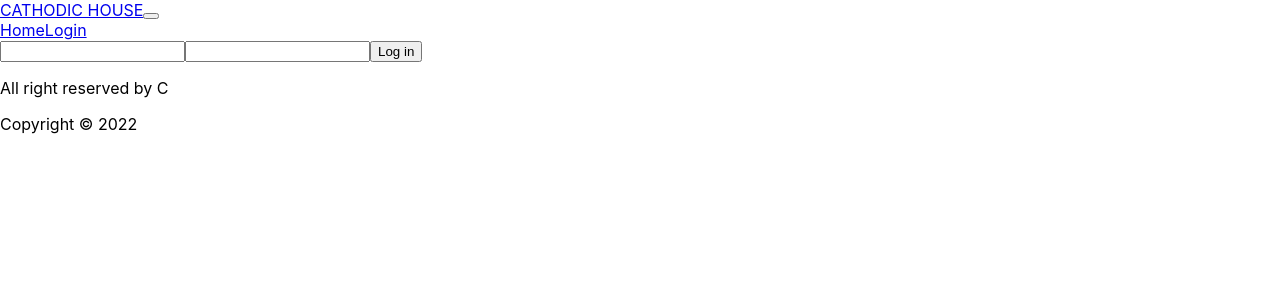
Repository: grnisna/warehouse-management-client-11
Page: /login
An editor plug-in stored every save of this project. The page is shown before and after the next save, followed by the edit.
The browser window is 1280 px wide. The pictures show the whole page.
The project was rebuilt for these pictures with package versions that can differ from the ones it lists, and the page was loaded fresh each time. Also part of the build but not shown: src/components/Home/Carosel/Carosel.css, src/components/Home/Carosel/Carosel.js, src/components/Hooks/UseItems/UseItems.js, src/components/Home/Item/Item.css, src/components/Home/Item/Item.js, src/components/Home/Items/Items.css, src/components/Home/Items/Items.js, src/components/Home/Home.js and 2 more.

Above is the page before, as saved 2022-05-09 12:04:26.

After the next save:
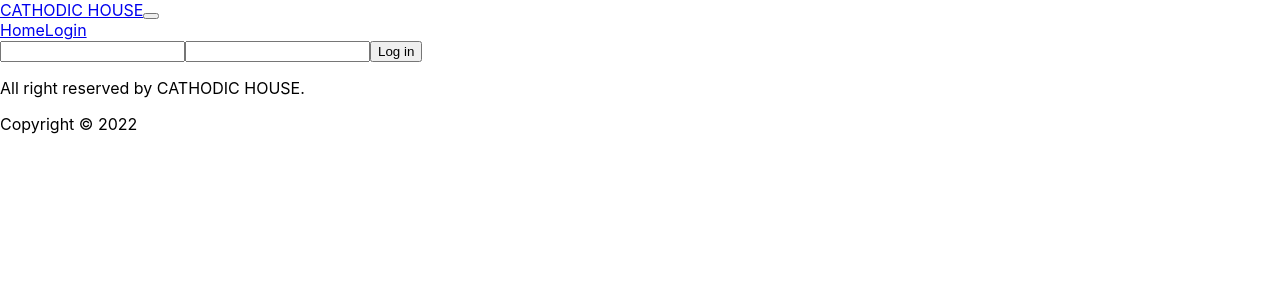
Saved 68 s later.
--- a/src/components/Home/Footer/Footer.js
+++ b/src/components/Home/Footer/Footer.js
@@ -3,8 +3,8 @@ import React from 'react';
 const Footer = () => {
     const date = new Date().getFullYear();
     return (
-        <div>
-            <p>All right reserved by C</p>
+        <div className='bg-secondary p-3 text-center' >
+            <p>All right reserved by CATHODIC HOUSE.</p>
             <p><span>Copyright &copy; {date} </span></p>
         </div>
     );
